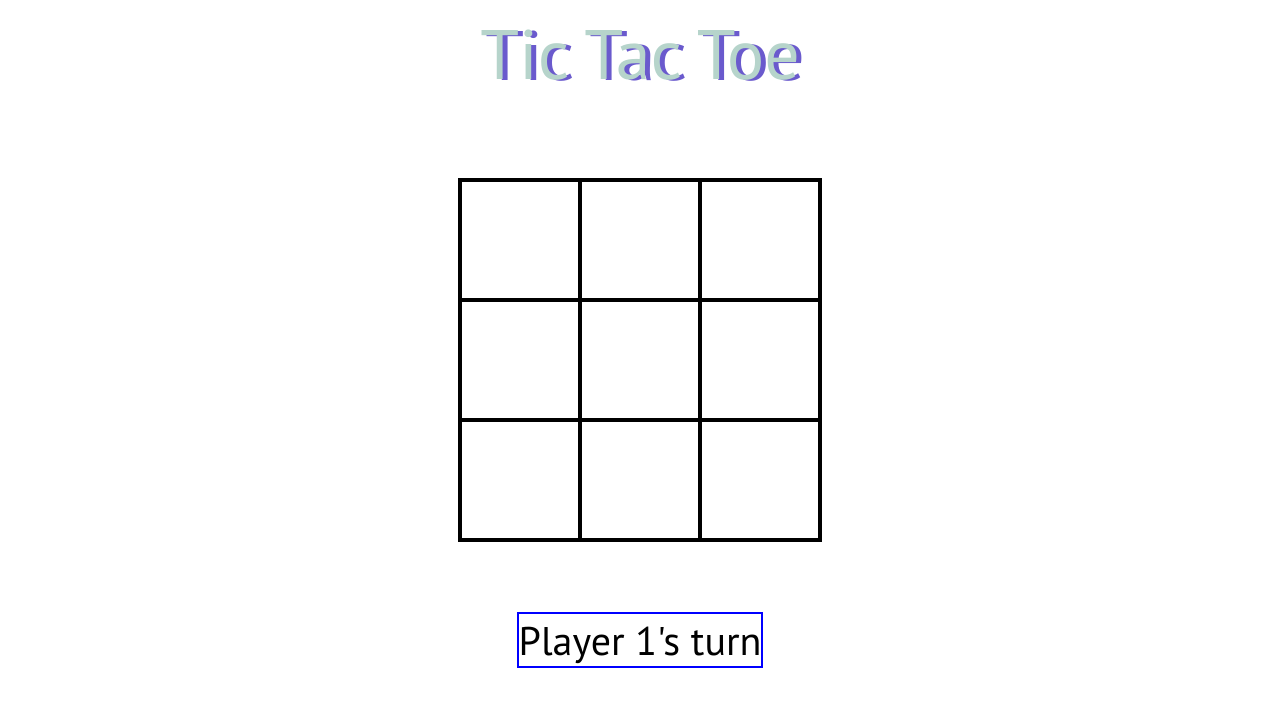
Repository: chin9/TicTacToe
Page: index.html
The author's editor kept a copy of each file at every save. The page is drawn from the files as they stood at one save, then again after the next save.
The browser window is 1280 px wide. The pictures show the whole page.

Above is the page before, as saved 2021-05-15 21:00:48.

### index.html
<head>
    <link rel='stylesheet' href='style.css'>
</head>

<title> TicTacToe</title>

<header>Tic Tac Toe</header>


<body>
    <div class='board'>

        <div class='grid' id='0'>

        </div>

        <div class='grid' id='1'>

        </div>

        <div class='grid' id='2'>

        </div>

        <div class='grid' id='3'>

        </div>

        <div class='grid' id='4'>

        </div>

        <div class='grid' id='5'>

        </div>

        <div class='grid' id='6'>

        </div>

        <div class='grid' id='7'>

        </div>

        <div class='grid' id='8'>

        </div>

    </div>

    <div class='status' id='status'>
        Player 1's turn
    </div>
</body>

<script src='script.js'></script>

### style.css
@import url('https://fonts.googleapis.com/css2?family=PT+Sans&display=swap');


header{
    font-family: 'PT Sans', sans-serif;
    font-size: 70px;
    color: rgb(182, 212, 203);
    text-shadow: 5px 1px slateblue;
    text-align: center;
}

body{
    display: flex;
    flex-direction: column;
    align-items: center;

}

.board{
    height: 50vh;
    width: 50vh;

    position: relative;
    top: 80px;

    display: grid;
    grid-template-columns: 1fr 1fr 1fr;
    grid-template-rows: 1fr 1fr 1fr;

    border: 2px black solid;
}

.grid{
    border: 2px black solid;

    font-size: 50px;
    text-align: center;
    padding-top: 30px;


}

.status{
    position: relative;
    top: 150px;

    font-size: 40px;
    font-family: 'PT Sans', sans-serif;


    border: 2px blue solid;
}

### script.js


const gameboard = (() => {

    // 0: blank; 'O': circle; 'X': cross
    var grids = [0, 0, 0,
                 0, 0, 0,
                 0, 0, 0];

    function renderBoard() {

        for (let i = 0; i < 9; i++) {
            const grid = document.getElementById(`${i}`);
            if (grids[i] == 'O') {
                grid.textContent = 'O';
            } else if (grids[i] == 'X') {
                grid.textContent = 'X';
            } else {
                grid.textContent = '';
            }

        }

    };


    return {renderBoard};


})();


gameboard.renderBoard();

const player = (sign) => {

}

const player1 = player('O');
const player2 = player('X');

After the next save:
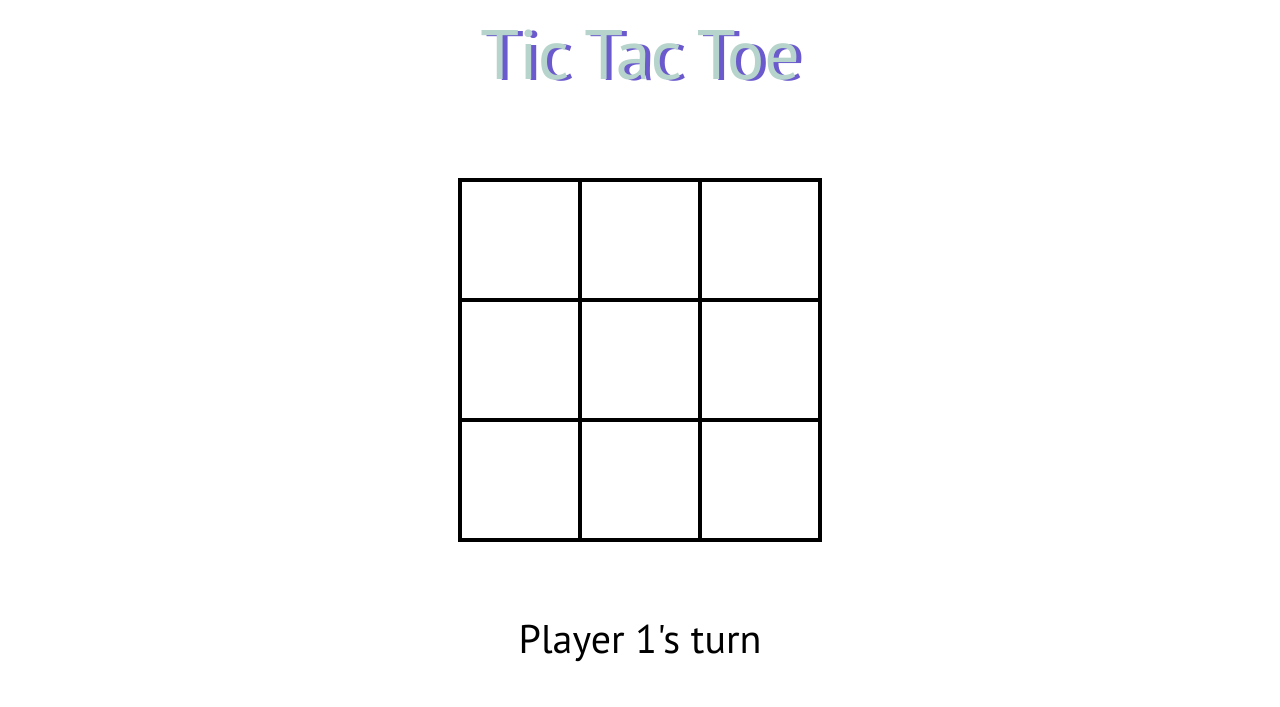
Saved 20 s later.
--- a/style.css
+++ b/style.css
@@ -48,5 +48,5 @@ body{
     font-family: 'PT Sans', sans-serif;
 
 
-    border: 2px blue solid;
+    /* border: 2px blue solid; */
 }
